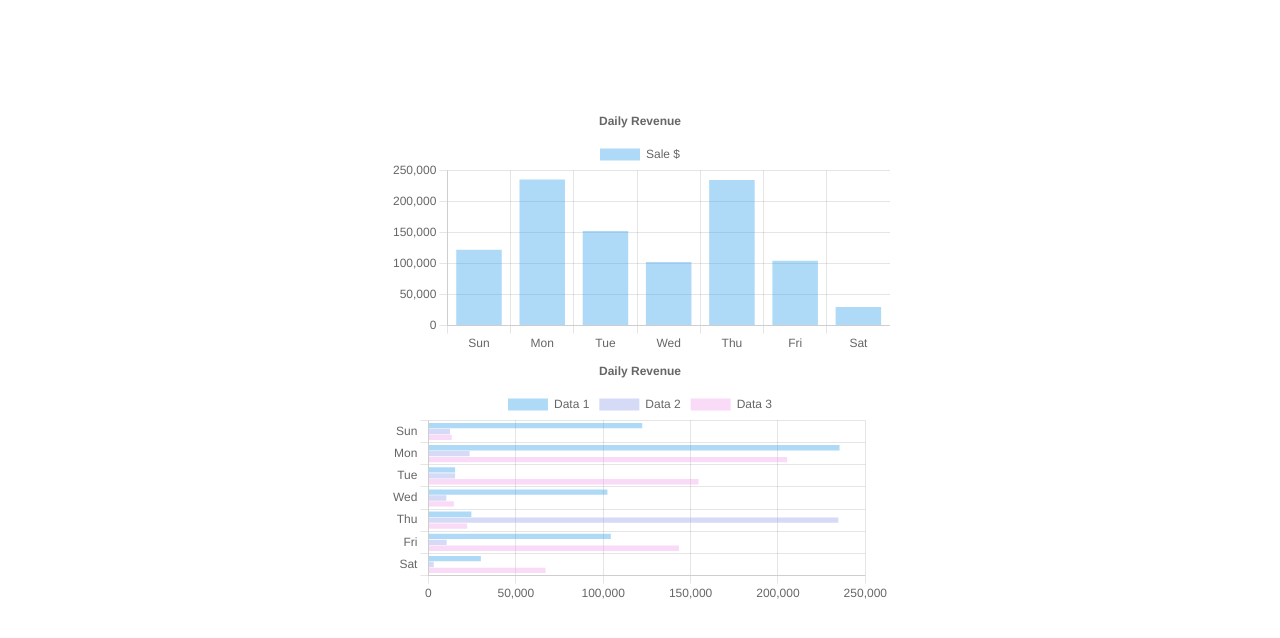
Repository: k8ANStar/exercise-5
Page: /
These files come from the project's save history. The page is drawn as it stood at one moment and after a run of saves; the edit follows.
The browser window is 1280 px wide. The pictures show the whole page.
The project was rebuilt for these pictures with package versions that can differ from the ones it lists, and the page was loaded fresh each time. The framework's server and built-in components were replaced by stand-ins that run in the browser. Also part of the build but not shown: next.config.mjs.

Above is the page before, as saved 2024-04-15 10:27:01.

### pages/index.js
import styles from "@/styles/Home.module.css";
import VerticalChart from "@/components/VerticalChart";
import HorizontalChart from "@/components/HorizontalChart";

export default function Home() {
	return (
		<>
			<main className={`${styles.main} `}>
				<VerticalChart />

				<HorizontalChart />
			</main>
		</>
	);
}

### styles/Home.module.css
.main {
	display: flex;
	flex-direction: column;
	justify-content: space-between;
	align-items: center;
	padding: 6rem;
	min-height: 30vh;
}

### components/VerticalChart/index.js
import styles from "./VerticalChart.module.css";
import { Bar } from "react-chartjs-2";
import {
	Chart as ChartJS,
	CategoryScale,
	LinearScale,
	BarElement,
	Title,
	Tooltip,
	Legend,
} from "chart.js";

import { useEffect, useState } from "react";

ChartJS.register(
	CategoryScale,
	LinearScale,
	BarElement,
	Title,
	Tooltip,
	Legend
);

export default function VerticalChart() {
	const [chartData, setChartData] = useState({
		datasets: [],
	});
	const [chartOptions, setChartOptions] = useState({});

	useEffect(() => {
		setChartData({
			labels: ["Sun", "Mon", "Tue", "Wed", "Thu", "Fri", "Sat"],
			datasets: [
				{
					label: "Sale $",
					data: [122340, 235256, 152455, 102430, 234561, 104326, 30000],
					borderColor: "rgb(53, 162, 235)",
					backgroundColor: "rgb(53, 162, 235, 0.4)",
				},
			],
		});

		setChartOptions({
			plugins: {
				legend: {
					postion: "top",
				},
				title: {
					display: true,
					text: "Daily Revenue",
				},
			},
			maintainAspectRatio: false,
			responsive: true,
		});
	}, []);

	return (
		<div>
			<Bar
				data={chartData}
				options={chartOptions}
				style={{ width: "500px", height: "300px" }}
			/>
		</div>
	);
}

### components/HorizontalChart/index.js
import styles from "./HorizontalChart.module.css";
import { Bar } from "react-chartjs-2";
import {
	Chart as ChartJS,
	CategoryScale,
	LinearScale,
	BarElement,
	Title,
	Tooltip,
	Legend,
} from "chart.js";

import { useEffect, useState } from "react";

ChartJS.register(
	CategoryScale,
	LinearScale,
	BarElement,
	Title,
	Tooltip,
	Legend
);

export default function HorizontalChart() {
	const [chartData, setChartData] = useState({
		datasets: [],
	});
	const [chartOptions, setChartOptions] = useState({});

	useEffect(() => {
		setChartData({
			labels: ["Sun", "Mon", "Tue", "Wed", "Thu", "Fri", "Sat"],
			datasets: [
				{
					label: "Data 1",
					data: [122340, 235256, 15255, 102430, 24561, 104326, 30000],
					borderColor: "rgb(53, 162, 235)",
					backgroundColor: "rgb(53, 162, 235, 0.4)",
				},
				{
					label: "Data 2",
					data: [12340, 23561, 15255, 10240, 234517, 10432, 3000],
					borderColor: "rgb(150, 162, 235)",
					backgroundColor: "rgb(150, 162, 235, 0.4)",
				},
				{
					label: "Data 3",
					data: [13340, 205276, 154555, 14530, 22161, 143326, 67000],
					borderColor: "rgb(240, 162, 235)",
					backgroundColor: "rgb(240, 162, 235, 0.4)",
				},
			],
		});

		setChartOptions({
			indexAxis: "y",
			plugins: {
				legend: {
					postion: "top",
				},
				title: {
					display: true,
					text: "Daily Revenue",
				},
			},
			maintainAspectRatio: true,
			responsive: true,
		});
	}, []);

	return (
		<div>
			<Bar
				data={chartData}
				options={chartOptions}
				style={{ width: "500px", height: "300px" }}
			/>
		</div>
	);
}

Loaded but not shown: pages/_app.js (common file); pages/_document.js (common file); styles/globals.css (common file); components/HorizontalChart/HorizontalChart.module.css (no stored copy; drawn as an empty file); components/VerticalChart/VerticalChart.module.css (no stored copy; drawn as an empty file)

After the next 2 saves:
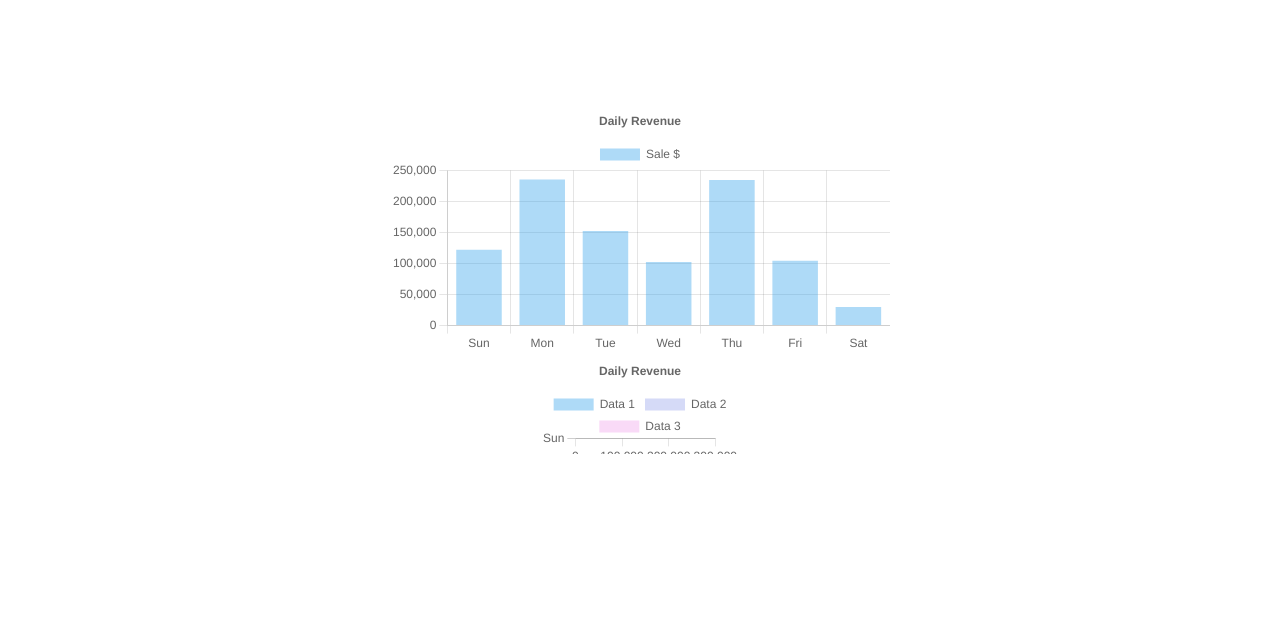
The 2 saves are shown as one change because they came seconds apart.
The last was saved 48 s later.
--- a/components/HorizontalChart/index.js
+++ b/components/HorizontalChart/index.js
@@ -73,7 +73,7 @@
 			<Bar
 				data={chartData}
 				options={chartOptions}
-				style={{ width: "500px", height: "300px" }}
+				style={{ width: "200px", height: "500px" }}
 			/>
 		</div>
 	);

After the save that followed:
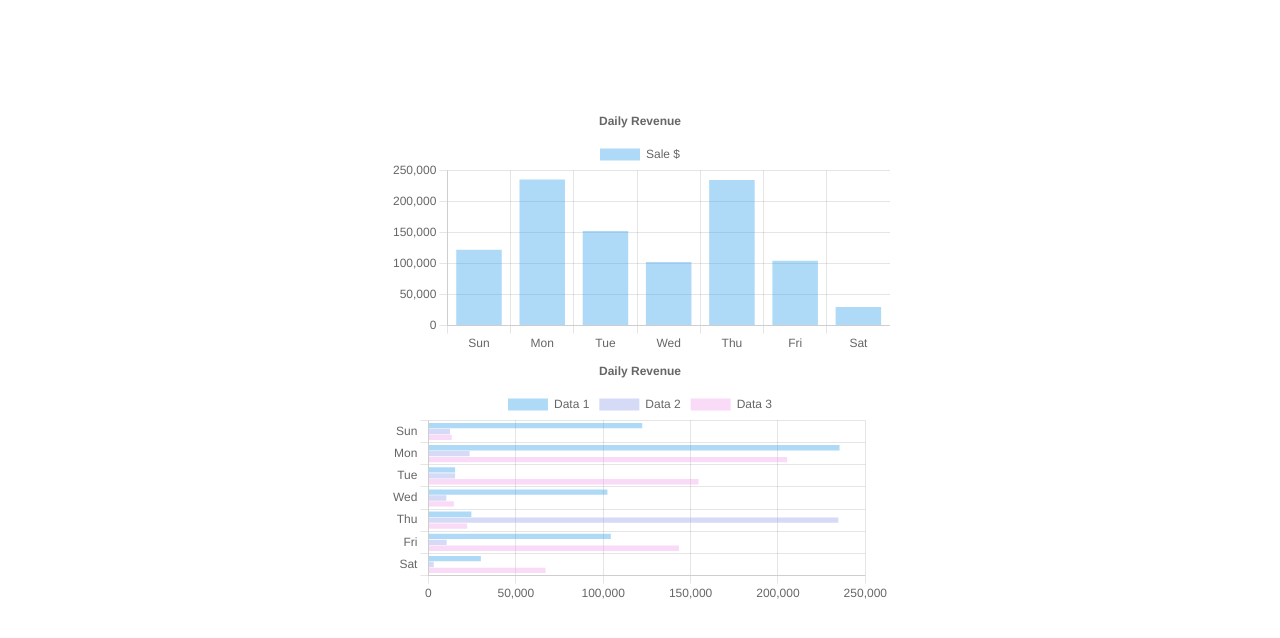
Saved 7 s later.
--- a/components/HorizontalChart/index.js
+++ b/components/HorizontalChart/index.js
@@ -73,7 +73,7 @@
 			<Bar
 				data={chartData}
 				options={chartOptions}
-				style={{ width: "200px", height: "500px" }}
+				style={{ width: "500px", height: "300px" }}
 			/>
 		</div>
 	);
